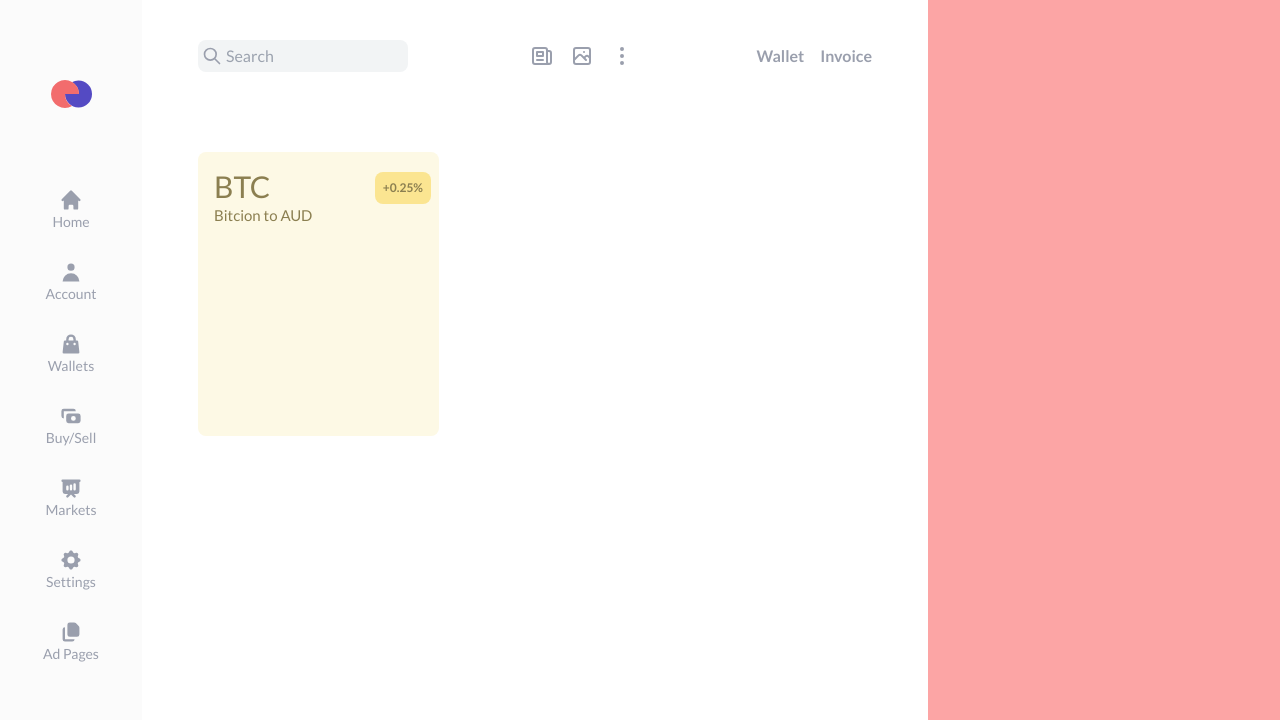
Repository: almaqdad55/crypto-app-nextjs
Page: /
These files come from the project's save history. The page is drawn as it stood at one moment and after the next save; the edit follows.
The browser window is 1280 px wide. The pictures show the whole page.
The project was rebuilt for these pictures with package versions that can differ from the ones it lists, and the page was loaded fresh each time. The framework's server and built-in components were replaced by stand-ins that run in the browser.

Above is the page before, as saved 2022-01-04 20:43:45.

### pages/index.js
import Head from 'next/head';
import Sidebar from '../components/Sidebar';
import Feed from '../components/Feed';
import Widget from '../components/Widget';

export default function Home() {
  return (
    <div className="">
      <Head>
        <title>Crypto Trade</title>
        <link rel="icon" href="/logo.svg" />
      </Head>

      <main className="flex">
        <Sidebar />
        <Feed />
        <Widget />
      </main>
    </div>
  );
}

### styles/globals.css
@import url('https://fonts.googleapis.com/css2?family=Lato:wght@300;400;700&display=swap');

@tailwind base;
@tailwind components;
@tailwind utilities;

@layer base {
  body {
    @apply bg-white font-Lato;
  }
}

@layer components {
  .icon-group {
    @apply flex flex-col  items-center text-sm cursor-pointer text-[#9A9FAD] hover:text-[#544AC3] transition duration-200;
  }
}

### components/Sidebar.jsx
import {
  HomeIcon,
  UserIcon,
  CashIcon,
  ShoppingBagIcon,
  PresentationChartBarIcon,
  CogIcon,
  DocumentDuplicateIcon,
} from '@heroicons/react/solid';

const Sidebar = () => {
  return (
    <div className="flex flex-col items-center  h-screen w-[142px]  bg-[#fbfbfb] ">
      <div className="mt-20">
        <img src="/logo.svg" alt="" />
      </div>
      <div className="mb-40 mt-20 flex flex-col space-y-7">
        <div className="icon-group group">
          <HomeIcon className="h-6 " />
          <span className="">Home</span>
        </div>
        <div className="icon-group group">
          <UserIcon className="h-6 " />
          <span className="">Account</span>
        </div>
        <div className="icon-group group">
          <ShoppingBagIcon className="h-6 " />
          <span className="">Wallets</span>
        </div>
        <div className="icon-group group ">
          <CashIcon className="h-6 " />
          <span className="">Buy/Sell</span>
        </div>
        <div className="icon-group group">
          <PresentationChartBarIcon className="h-6 " />
          <span className="">Markets</span>
        </div>
        <div className="icon-group group">
          <CogIcon className="h-6 " />
          <span className="">Settings</span>
        </div>
        <div className="icon-group group">
          <DocumentDuplicateIcon className="h-6 " />
          <span className="">Ad Pages</span>
        </div>
      </div>
    </div>
  );
};

export default Sidebar;

### components/Feed.jsx
import {
  DotsVerticalIcon,
  PhotographIcon,
  NewspaperIcon,
  SearchIcon,
} from '@heroicons/react/outline';

import Card from './Card';

// import { SearchIcon } from '@heroicons/react/solid';
const Feed = () => {
  return (
    <div className=" flex-grow  bg-white px-14 py-10 space-y-20">
      {/* Top Menu */}
      <div className="flex items-center  justify-between ">
        <div className="flex items-center bg-[#F2F4F5] rounded-lg p-1 space-x-1">
          <SearchIcon className="h-5 text-[#9A9FAD]" />
          <input
            type="text"
            placeholder={`Search`}
            className="outline-none bg-[#F2F4F5]"
          />
        </div>
        <div className="flex space-x-4 text-[#9A9FAD] ">
          <NewspaperIcon className="h-6 " />
          <PhotographIcon className="h-6 " />
          <DotsVerticalIcon className="h-6 " />
        </div>
        <div className="flex text-[16px] font-bold space-x-4 text-[#9A9FAD]  ">
          <p className="">Wallet</p>
          <p className="">Invoice</p>
        </div>
      </div>

      {/* Cards Display */}
      <div>
        <Card />
      </div>
    </div>
  );
};

export default Feed;

### components/Widget.jsx
const Widget = () => {
  return <div className="bg-red-300 min-w-[352px]"></div>;
};

export default Widget;

### components/Card.jsx
const Card = () => {
  return (
    <div className="w-[241px] h-[284px] bg-[#FDF9E5] rounded-lg relative text-[#8B7F50] p-4">
      <div className="absolute bg-[#FBE591] text-[#8B7F50] text-xs rounded-lg p-2 font-bold top-5 right-2">
        +0.25%
      </div>
      <h1 className="text-3xl ">BTC</h1>
      <p className="text-[15px]">Bitcion to AUD</p>
    </div>
  );
};

export default Card;

### tailwind.config.js
module.exports = {
  content: [
    './pages/**/*.{js,ts,jsx,tsx}',
    './components/**/*.{js,ts,jsx,tsx}',
  ],
  theme: {
    extend: {
      fontFamily: {
        Lato: ['Lato', 'sans-serif'],
      },
    },
  },
  plugins: [],
};

Loaded but not shown: pages/_app.js (common file); pages/api/hello.js (common file); pages/api/city.js (no copy from this time; the picture is the same without it); pages/api/getYTData.js (no copy from this time; the picture is the same without it)

After the next save:
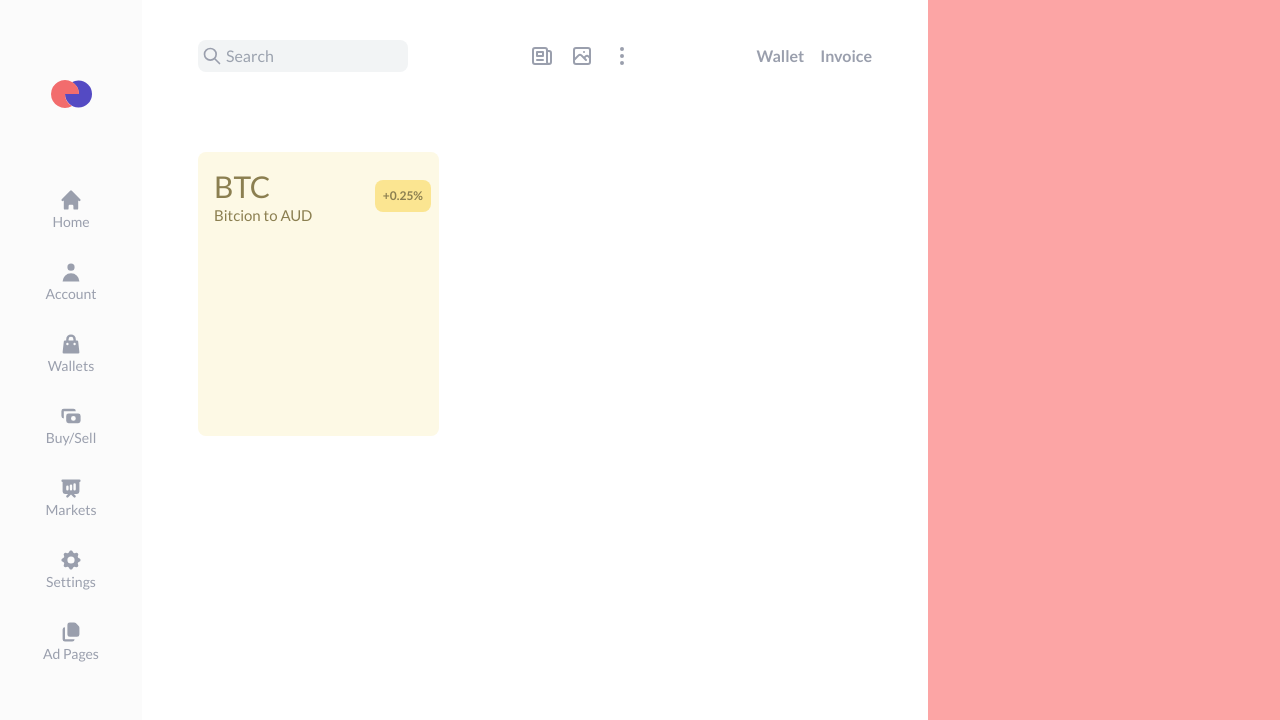
Saved 8 s later.
--- a/components/Card.jsx
+++ b/components/Card.jsx
@@ -1,7 +1,7 @@
 const Card = () => {
   return (
     <div className="w-[241px] h-[284px] bg-[#FDF9E5] rounded-lg relative text-[#8B7F50] p-4">
-      <div className="absolute bg-[#FBE591] text-[#8B7F50] text-xs rounded-lg p-2 font-bold top-5 right-2">
+      <div className="absolute bg-[#FBE591] text-[#8B7F50] text-xs rounded-lg p-2 font-bold top-7 right-2">
         +0.25%
       </div>
       <h1 className="text-3xl ">BTC</h1>
